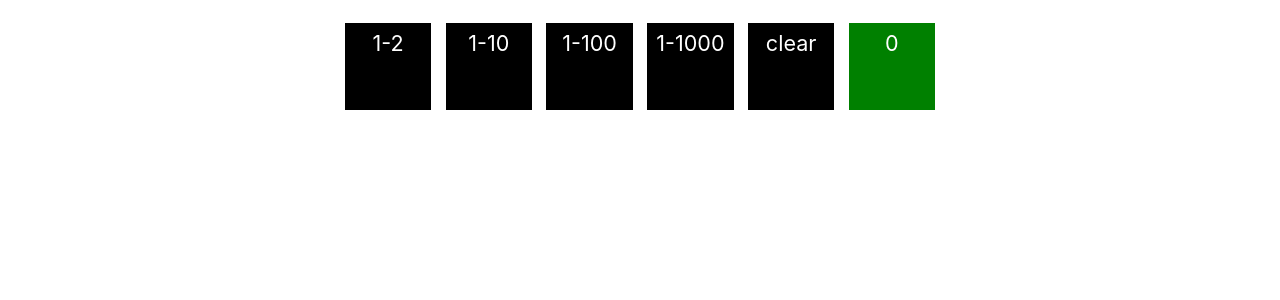
Repository: michalgornicki/number-generator
Page: /
An editor plug-in stored every save of this project. The page is shown before and after a run of saves, followed by the edit.
The browser window is 1280 px wide. The pictures show the whole page.
The project was rebuilt for these pictures with package versions that can differ from the ones it lists, and the page was loaded fresh each time.

Above is the page before, as saved 2021-12-03 14:04:24.

After the next 2 saves:
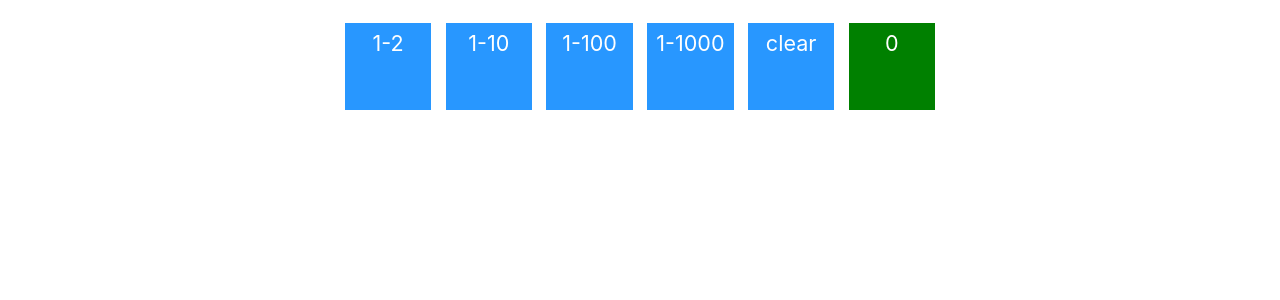
The 2 saves are shown as one change because they came seconds apart.
The last was saved 5 min 29 s later.
--- a/src/App.css
+++ b/src/App.css
@@ -12,7 +12,7 @@ body{
 .button{
     width: 10vmin;
     height: 10vmin;
-    background-color: black;
+    background-color: rgb(40, 151, 255);
     color: white;
     padding: 1vmin;
     margin: 1vmin;
